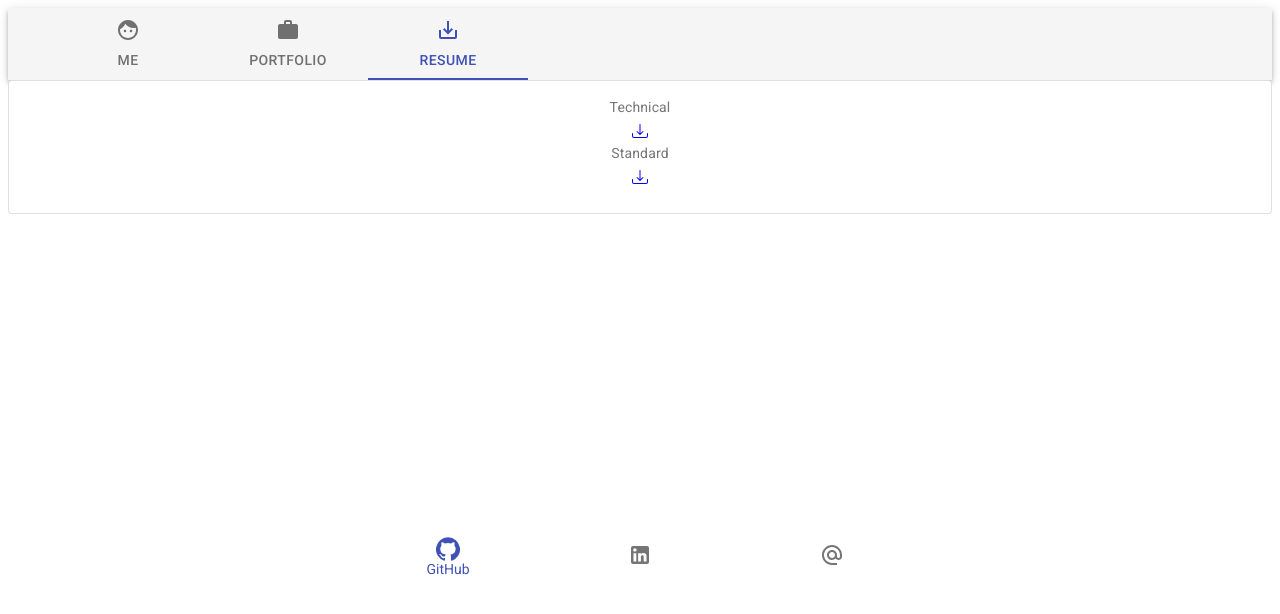
Repository: mandahos/hoshor
Page: /, after clicking the first element matching `#scrollable-force-tab-2`
The author's editor kept a copy of each file at every save. The page is drawn from the files as they stood at one save, then again after a run of saves.
The browser window is 1280 px wide. The pictures show the whole page.
The project was rebuilt for these pictures with package versions that can differ from the ones it lists, and the page was loaded fresh each time. Also part of the build but not shown: src/components/Portfolio/index.js. Imported but missing from the stored project, and not drawn on this page: src/assets/resume/Amanda_Hoshor_Resume.PDF, src/assets/resume/Resume_Hoshor (1).pdf.

Above is the page before, as saved 2021-08-22 08:21:05.

### public/index.html
<!DOCTYPE html>
<html lang="en">
  <head>
    <meta charset="utf-8" />
    <link rel="icon" href="%PUBLIC_URL%/favicon.ico" />
    <meta name="viewport" content="width=device-width, initial-scale=1" />
    <meta name="theme-color" content="#000000" />
    <meta
      name="description"
      content="Web site created using create-react-app"
    />
    <link rel="apple-touch-icon" href="%PUBLIC_URL%/logo192.png" />
    <link rel="stylesheet" href="https://fonts.googleapis.com/css?family=Roboto:300,400,500,700&display=swap" />

    <!--
      manifest.json provides metadata used when your web app is installed on a
      user's mobile device or desktop. See https://developers.google.com/web/fundamentals/web-app-manifest/
    -->

    <link rel="stylesheet" href="https://fonts.googleapis.com/icon?family=Material+Icons" />
    <link rel="manifest" href="%PUBLIC_URL%/manifest.json" />
    <!--
      Notice the use of %PUBLIC_URL% in the tags above.
      It will be replaced with the URL of the `public` folder during the build.
      Only files inside the `public` folder can be referenced from the HTML.

      Unlike "/favicon.ico" or "favicon.ico", "%PUBLIC_URL%/favicon.ico" will
      work correctly both with client-side routing and a non-root public URL.
      Learn how to configure a non-root public URL by running `npm run build`.
    -->
    <title>Hoshor</title>
  </head>
  <body>
    <noscript>You need to enable JavaScript to run this app.</noscript>
    <div id="root"></div>
    <!--
      This HTML file is a template.
      If you open it directly in the browser, you will see an empty page.

      You can add webfonts, meta tags, or analytics to this file.
      The build step will place the bundled scripts into the <body> tag.

      To begin the development, run `npm start` or `yarn start`.
      To create a production bundle, use `npm run build` or `yarn build`.
    -->
  </body>
</html>

### src/index.js
import React from 'react';
import ReactDOM from 'react-dom';
import './css/styles.css';
import App from './App';

ReactDOM.render(
  <React.StrictMode>
    <App />

  </React.StrictMode>,
  document.getElementById('root')
);

// If you want to start measuring performance in your app, pass a function
// to log results (for example: reportWebVitals(console.log))
// or send to an analytics endpoint. Learn more: https://bit.ly/CRA-vitals

### src/css/styles.css
.App {
  font-family: Arial, Helvetica, sans-serif;
  text-align: center;
  background-color: #7A6174;
  color: white
}
h1 {
  font-size: 48px;

}
h2 {
  font-size: 14px
}
.About {
  font-family: Cambria, Cochin, Georgia, Times, 'Times New Roman', serif
}
h3 {
  text-align: left;
}

p {
  text-align: left;
}

### src/App.js
import React, { useState } from "react";
import "./css/styles.css";
import  Navigation from "./components/Navigation";
import  Footer  from "./components/Footer";

// import background from "./assets/images/plug.png"


export default function App() {
   return (
    <div>
      <Navigation />



        <Footer />
    </div>
  )
}

### src/components/Navigation/index.js
import React from 'react';
import PropTypes from 'prop-types';
import { makeStyles } from '@material-ui/core/styles';
import AppBar from '@material-ui/core/AppBar';
import Tabs from '@material-ui/core/Tabs';
import Tab from '@material-ui/core/Tab';

import FaceIcon from '@material-ui/icons/Face';
import WorkIcon from '@material-ui/icons/Work';
import SaveAltIcon from '@material-ui/icons/SaveAlt';

import Typography from '@material-ui/core/Typography';
import Box from '@material-ui/core/Box';

import Me from '../Me/index'
import Portfolio from '../Portfolio/index'
import Resume from '../Resume/index'

function TabPanel(props) {
  const { children, value, index, ...other } = props;

  return (
    <div
      role="tabpanel"
      hidden={value !== index}
      id={`scrollable-force-tabpanel-${index}`}
      aria-labelledby={`scrollable-force-tab-${index}`}
      {...other}
    >
      {value === index && (
        <Box p={3}>
          <Typography>{children}</Typography>
        </Box>
      )}
    </div>
  );
}

TabPanel.propTypes = {
  children: PropTypes.node,
  index: PropTypes.any.isRequired,
  value: PropTypes.any.isRequired,
};

function a11yProps(index) {
  return {
    id: `scrollable-force-tab-${index}`,
    'aria-controls': `scrollable-force-tabpanel-${index}`,
  };
}

const useStyles = makeStyles((theme) => ({
  root: {
    flexGrow: 1,
    width: '100%',
    backgroundColor: theme.palette.background.paper,
  },
}));

export default function ScrollableTabsButtonForce() {
  const classes = useStyles();
  const [value, setValue] = React.useState(0);

  const handleChange = (event, newValue) => {
    setValue(newValue);
  };


  return (
    <>
      <div className={classes.root}>
        <AppBar position="static" color="default">
          <Tabs
            value={value}
            onChange={handleChange}
            variant="scrollable"
            scrollButtons="on"
            indicatorColor="primary"
            textColor="primary"
            aria-label="scrollable force tabs example"
          >

            <Tab label="Me" icon={<FaceIcon />} {...a11yProps(0)} />
            <Tab label="Portfolio" icon={<WorkIcon />} {...a11yProps(1)} />
            <Tab label="Resume" icon={<SaveAltIcon />} {...a11yProps(2)} />
          </Tabs>
        </AppBar>


        {value === 0 && <Me />}
        {value === 1 && <Portfolio />}
        {value === 2 && <Resume />}

      </div>
    </>
  );
}

### src/components/Footer/index.js
import React from 'react';
import { makeStyles } from '@material-ui/core/styles';
import BottomNavigation from '@material-ui/core/BottomNavigation';
import BottomNavigationAction from '@material-ui/core/BottomNavigationAction';
import LinkedInIcon from '@material-ui/icons/LinkedIn';
import GitHubIcon from '@material-ui/icons/GitHub';
import AlternateEmailIcon from '@material-ui/icons/AlternateEmail';
import CSS from './footer.css'

const useStyles = makeStyles({
  root: {
    width: 500,


  },
});

export default function LabelBottomNavigation() {
  const footer = useStyles();
  const [value, setValue] = React.useState('recents');

  const handleChange = (event, newValue) => {
    setValue(newValue);
  };

  return (
    <BottomNavigation value={value} onChange={handleChange} className={footer}>
      <BottomNavigationAction a href="https://github.com/mandahos" label="GitHub" value="recents" icon={<GitHubIcon />} />
      <BottomNavigationAction a href="https://www.linkedin.com/in/amanda-hoshor/" label="LinkedIn" value="favorites" icon={<LinkedInIcon />} />
      <BottomNavigationAction a href="mailto:hoshor.manda@gmail.com" label="Email" value="nearby" icon={<AlternateEmailIcon />} />

    </BottomNavigation>
  );
}

### src/components/Me/index.js
import React from 'react';
import {
  Container,
  Stack,
  Flex,
  Box,
  Heading,
  Text,
  Image

} from '@chakra-ui/react';
import { makeStyles } from '@material-ui/core/styles';


import picture from '../../assets/images/portfolio.jpg'

const useStyles = makeStyles({
  root: {
    background: '#b1b7d1',
    border: 0,
    borderRadius: 3,
    boxShadow: '0 3px 5px 2px rgba(255, 105, 135, .3)',
    color: 'white',
    height: 48,
    padding: '0 30px',
  },
});

const Me = () => {
  const classes = useStyles();
  return (

    <Container maxW={'7xl'} >
      <Stack
        align={'center'}
        spacing={{ base: 8, md: 10 }}
        py={{ base: 20, md: 28 }}
        direction={{ base: 'column', md: 'row' }}
        >

        <Stack flex={1} spacing={{ base: 5, md: 10 }}>
          <Heading
            lineHeight={1.1}
            fontWeight={800}
            fontSize={36}

            >
            <Text
              as={'span'}
              position={'relative'}
              _after={{
                content: "''",
                width: 'full',
                height: '80%',
                position: 'absolute',
                bottom: 1,
                left: 0,
                bg: 'red.400',
                zIndex: -1,

              }}>
              Hiya,
            </Text>
            <br />

          </Heading>
          <Text color={'black.500'}>
            My name is Amanda Hoshor. Web development recent graduate. Looking to enter the exciting world of web coding in an oppurtunity that provides growth.
            <br/>
            Background in data entry and quality assurance. Obtained an information management degree in 2016. Strong background in quality assurance and control.
          </Text>
          <Stack
            spacing={{ base: 4, sm: 6 }}
            direction={{ base: 'column', sm: 'row' }}>

          </Stack>
        </Stack>
        <Flex
          flex={1}
          justify={'center'}
          align={'center'}
          position={'relative'}
          w={'full'}>

          <Box
            position={'relative'}
            height={'300px'}
            rounded={'2xl'}
            boxShadow={'2xl'}
            width={'full'}
            overflow={'hidden'}>

            <Image
              alt={'Me'}
              fit={'cover'}
              align={'center'}
              w={'100%'}
              h={'75%'}
              src={
                picture
              }
            />
          </Box>
        </Flex>
      </Stack>
    </Container>
  );
}

export default Me;

### src/components/Resume/index.js

import React from 'react';
import { BsDownload } from 'react-icons/bs';

import { makeStyles } from '@material-ui/core/styles';
import Card from '@material-ui/core/Card';
import CardContent from '@material-ui/core/CardContent';
import Typography from '@material-ui/core/Typography';
import technical from '../../assets/resume/Amanda_Hoshor_Resume.PDF';
import resume from '../../assets/resume/Resume_Hoshor (1).pdf'

const useStyles = makeStyles({
  root: {
    minWidth: 275,
  },
  bullet: {
    display: 'inline-block',
    margin: '0 2px',
    transform: 'scale(0.8)',
  },
  title: {
    fontSize: 14,
  },
  pos: {
    marginBottom: 12,
  },
});







function Resume() {
    const classes = useStyles();

    return(
        <Card className={classes.root} variant="outlined" align="center">
      <CardContent>
      <Typography className={classes.title} color="textSecondary" align="center" gutterBottom>
          Technical
        </Typography>
        <a href={technical} download="Resume_Hoshor.pdf" >

            <BsDownload className="ml-2"/>
        </a>

        <Typography className={classes.title} color="textSecondary" align="center" gutterBottom>
          Standard
        </Typography>
        <a href={resume} download="Resume_Hoshor.pdf" >

            <BsDownload className="ml-2"/>
        </a>
    {/* </div> */}
    </CardContent>
    </Card>
    );
}

export default Resume;

### src/components/Footer/footer.css
.root {
    display: block;
    margin-left: auto;
    margin-right: auto;
    margin-top: 25%;
    justify-content: center;
    position: relative;
    bottom: 0;

}

After the next 3 saves:
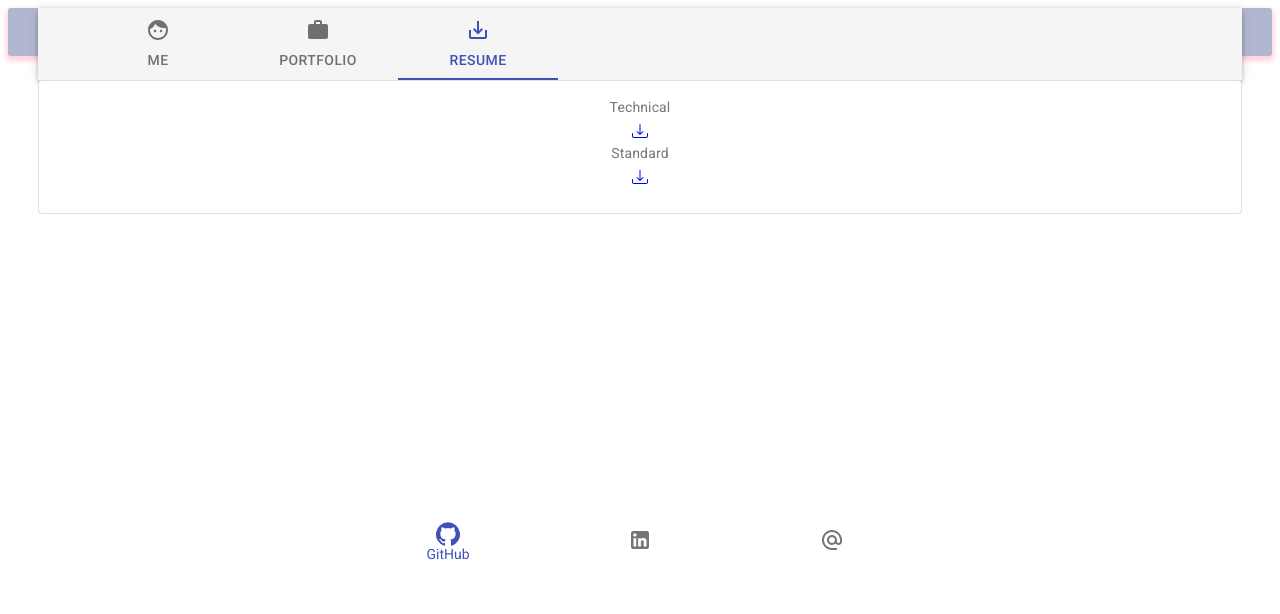
The 3 saves are shown as one change because 2 did not build or start.
The last was saved 66 s later.
--- a/src/App.js
+++ b/src/App.js
@@ -2,13 +2,30 @@
 import "./css/styles.css";
 import  Navigation from "./components/Navigation";
 import  Footer  from "./components/Footer";
+import { makeStyles } from '@material-ui/core/styles';
 
+
+
+
+const useStyles = makeStyles({
+
+  root: {
+    background: '#b1b7d1',
+    border: 0,
+    borderRadius: 3,
+    boxShadow: '0 3px 5px 2px rgba(255, 105, 135, .3)',
+    color: 'white',
+    height: 48,
+    padding: '0 30px',
+  },
+});
 // import background from "./assets/images/plug.png"
 
 
 export default function App() {
-   return (
-    <div>
+  const classes = useStyles();
+  return (
+    <div className={classes.root}>
       <Navigation />
 
 

After the save that followed:
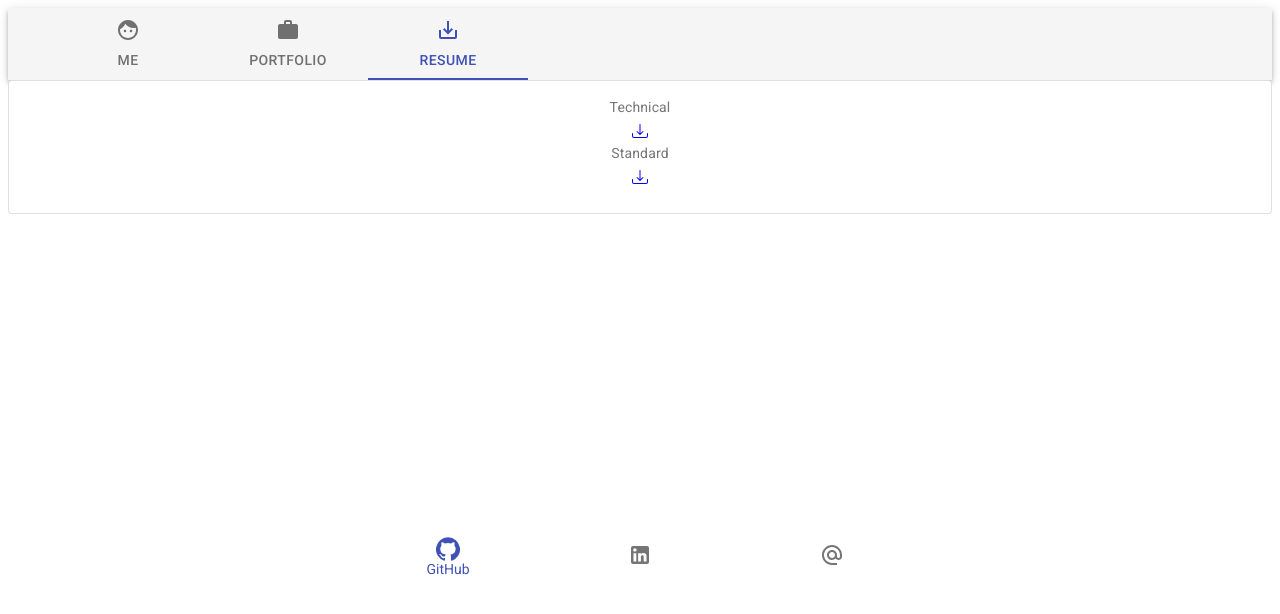
Saved 27 s later.
--- a/src/App.js
+++ b/src/App.js
@@ -5,27 +5,13 @@
 import { makeStyles } from '@material-ui/core/styles';
 
 
-
-
-const useStyles = makeStyles({
-
-  root: {
-    background: '#b1b7d1',
-    border: 0,
-    borderRadius: 3,
-    boxShadow: '0 3px 5px 2px rgba(255, 105, 135, .3)',
-    color: 'white',
-    height: 48,
-    padding: '0 30px',
-  },
-});
 // import background from "./assets/images/plug.png"
 
 
 export default function App() {
-  const classes = useStyles();
+
   return (
-    <div className={classes.root}>
+    <div >
       <Navigation />
 
 
